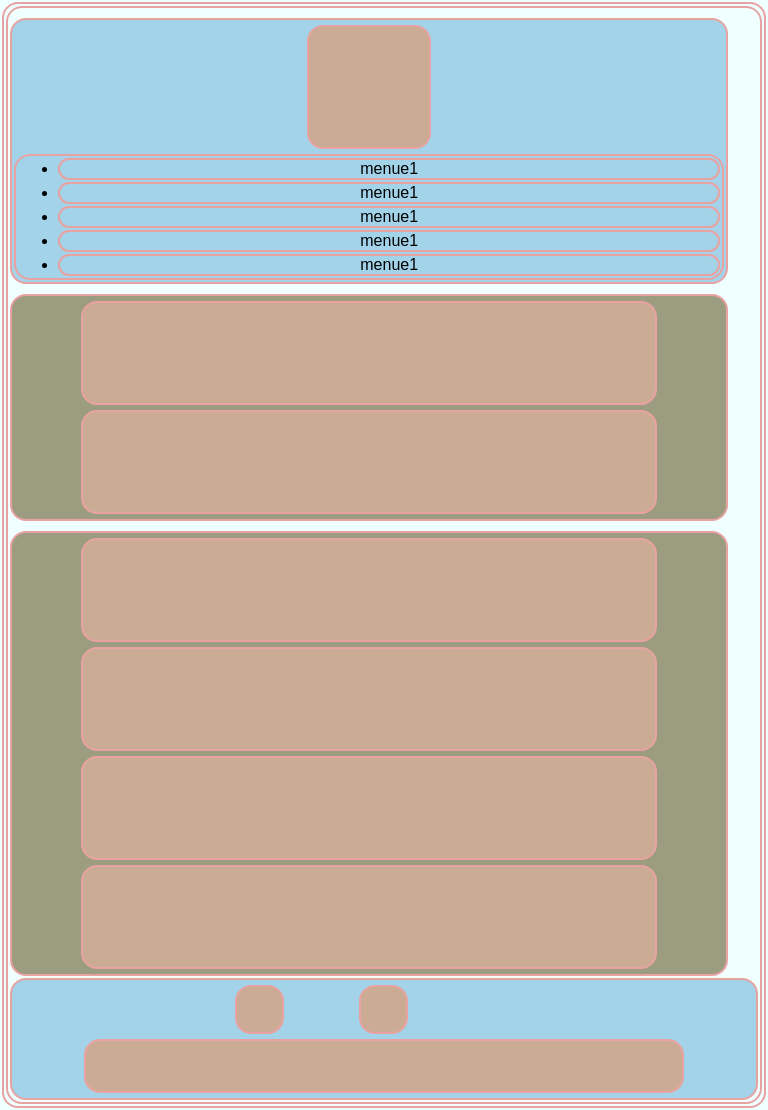
Repository: clairedupuich/cv-claireDUPUICH
Page: cv.html
The author's editor kept a copy of each file at every save. The page is drawn from the files as they stood at one save, then again after the next save.
The browser window is 768 px wide. The pictures show the whole page.

Above is the page before, as saved 2020-10-08 16:11:17.

### cv.html
<!DOCTYPE html>
<html lang="fr" dir="ltr">
  <head>
    <meta charset="utf-8">
    <title>Exercice</title>
    <link rel="stylesheet" href="cv.css">
  </head>
  <body>
    <section class="header">
        <div class="img">
        </div>

            <ul class="nav">
                <li>menue1</li>
                <li>menue1</li>
                <li>menue1</li>
                <li>menue1</li>
                <li>menue1</li>
            </ul>

    </section>
      <section class="section 1">
          <div class="article1_1">
          </div>
          <div class="article1_2">
          </div>
      </section>
      <section class="section2">
        <div class="article2_1">
        </div>
        <div class="article2_2">
        </div>
        <div class="article2_3">
        </div>
        <div class="article2_4">
        </div>
      </section>
      <footer>
          <div class='footer1'>
          </div>
        <div class="footer2">
        </div>

        <div class="footer3">
        </div>
    </footer>
  </body>
</html>

### cv.css

@media screen and (min-width: 768px) and (max-width: 992px){
    * {
        font-family: Avenir, sans-serif;
        border: 2px solid rgb(233, 162, 162);
        border-radius: 16px;
         margin: 2px;

    }

    body {
        background-color: azure;


    }
    section {
        margin-top: 10px;
        width: 95%;
        background-color: rgb(156, 156, 129);


    }
    div {
        margin: 5px auto;
        width:80% ;
        height: 100px;
        background-color: rgb(204, 171, 148);
    }
    ul {
        text-align: center;
    }

    footer,
    .header{
        background-color:rgb(162, 211, 233);
    }

    .footer2,
    .footer1 {
        height: 45px;
        width: 45px;
        float: left;

    }
    .footer1{
        margin-left: 30%;
        margin-right: 10%;
    }

    .footer3 {
        clear: both;
        height: 50px;
    }
    .img {
        width:120px;
        height: 120px;
        text-align: left;
    }

}
@media screen and (min-width: 992px) and (max-width: 1200px){}
@media screen and (min-width: 1200px){}

After the next save:
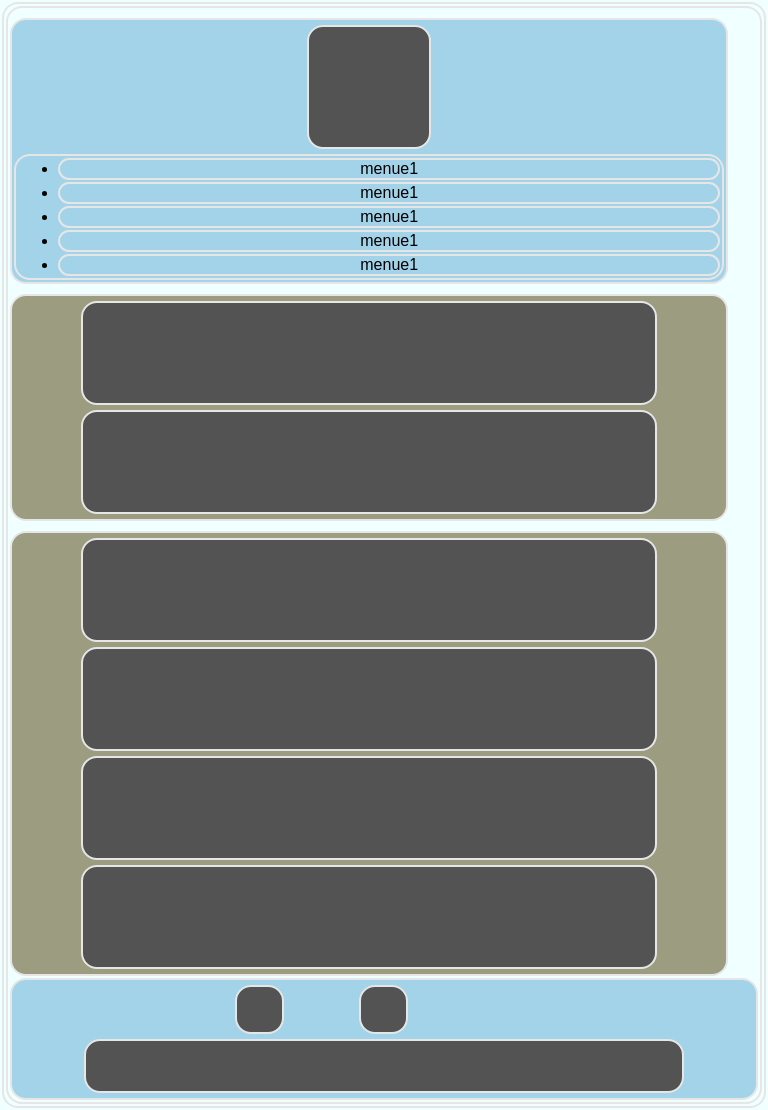
Saved 68 s later.
--- a/cv.css
+++ b/cv.css
@@ -2,7 +2,7 @@
 @media screen and (min-width: 768px) and (max-width: 992px){
     * {
         font-family: Avenir, sans-serif;
-        border: 2px solid rgb(233, 162, 162);
+        border: 2px solid rgb(230, 230, 230);
         border-radius: 16px;
          margin: 2px;
 
@@ -24,7 +24,7 @@
         margin: 5px auto;
         width:80% ;
         height: 100px;
-        background-color: rgb(204, 171, 148);
+        background-color: rgb(83, 83, 83);
     }
     ul {
         text-align: center;
